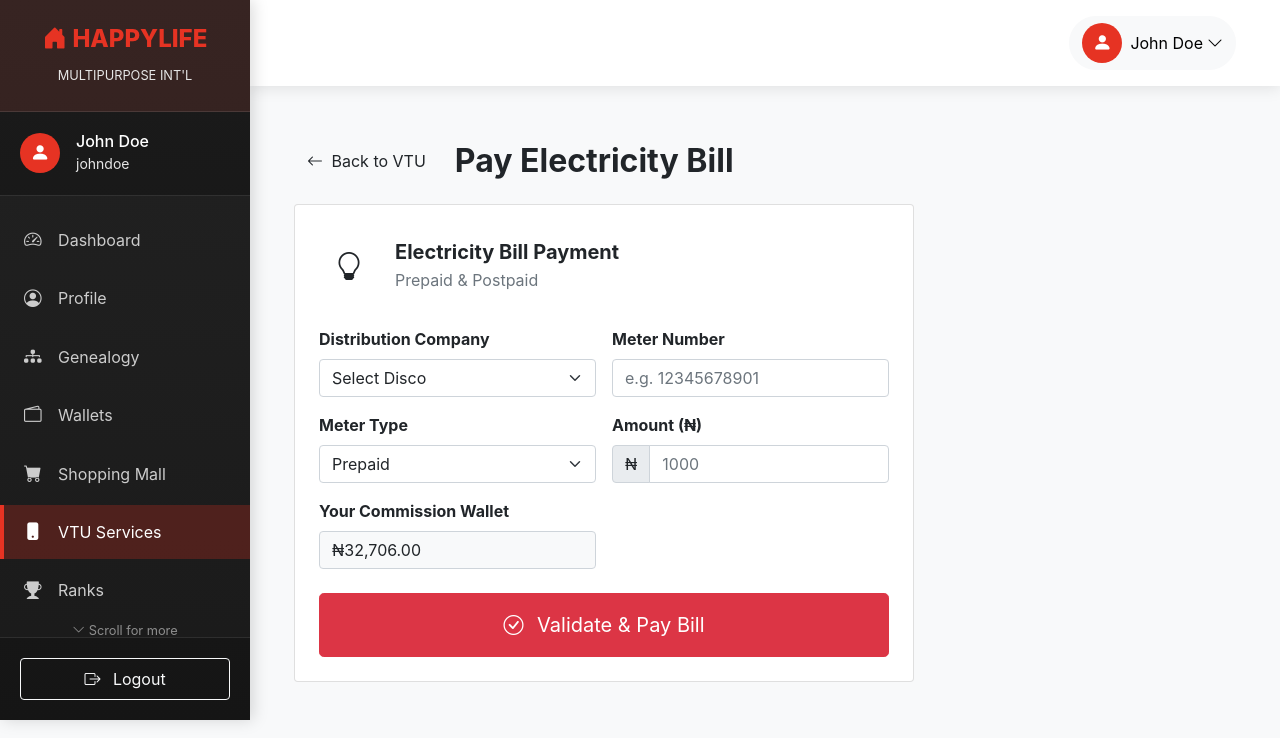
Repository: YackswebCode/happylife
Page: http://localhost/member/vtu/electricity
These files come from the project's save history. The page is drawn as it stood at one moment and after the next save; the edit follows.
The browser window is 1280 px wide. The pictures show the whole page.
The page is served by the project's Laravel application, run on PHP 8.4 with Laravel 12. The first stored user is signed in. The database holds what the project's SQL file puts in it. Queries for data that is not in the repository find no rows.

Above is the page before, as saved 2026-03-04 14:51:52.

After the next save:
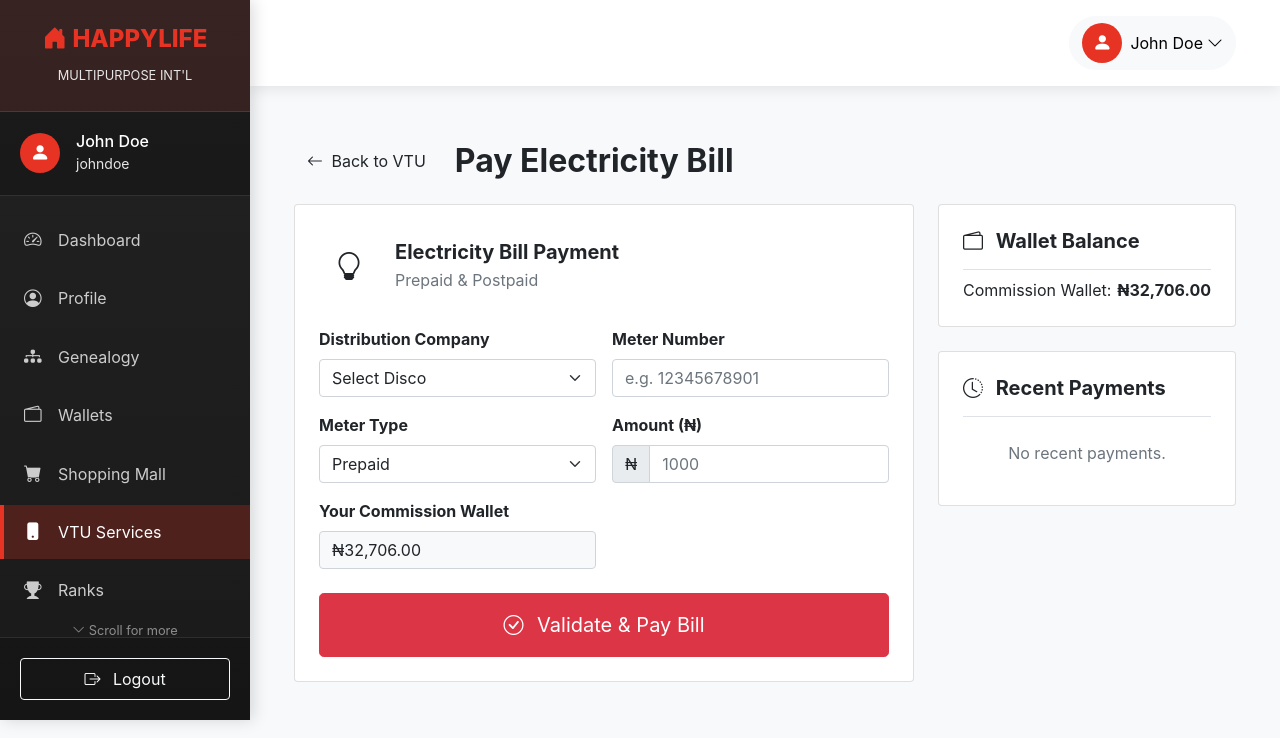
Saved 3 min 31 s later.
--- a/resources/views/member/vtu/electricity.blade.php
+++ b/resources/views/member/vtu/electricity.blade.php
@@ -8,14 +8,14 @@
     @if(session('success'))
         <div class="alert alert-success alert-dismissible fade show" role="alert">
             <i class="bi bi-check-circle-fill me-2"></i> {{ session('success') }}
-            <button type="button" class="btn-close" data-bs-dismiss="alert"></button>
+            <button type="button" class="btn-close" data-bs-dismiss="alert" aria-label="Close"></button>
         </div>
     @endif
 
     @if(session('error'))
         <div class="alert alert-danger alert-dismissible fade show" role="alert">
             <i class="bi bi-exclamation-triangle-fill me-2"></i> {{ session('error') }}
-            <button type="button" class="btn-close" data-bs-dismiss="alert"></button>
+            <button type="button" class="btn-close" data-bs-dismiss="alert" aria-label="Close"></button>
         </div>
     @endif
 
@@ -43,12 +43,10 @@
 
                 <form action="{{ route('member.vtu.electricity.purchase') }}" method="POST" id="electricityForm">
                     @csrf
-                    <input type="hidden" name="customer_name" id="customer_name">
-                    <input type="hidden" name="disco_id" id="disco_id">
+                    <input type="hidden" name="customer_name" id="customer_name" value="">
+                    <input type="hidden" name="disco_id" id="disco_id" value="">
 
                     <div class="row g-3">
-
-                        <!-- Distribution Company -->
                         <div class="col-md-6">
                             <label class="form-label fw-bold">Distribution Company</label>
                             <select name="disco" id="disco" class="form-select @error('disco') is-invalid @enderror" required>
@@ -64,7 +62,6 @@
                             @enderror
                         </div>
 
-                        <!-- Meter Number -->
                         <div class="col-md-6">
                             <label class="form-label fw-bold">Meter Number</label>
                             <input type="text" name="meter_number" id="meter_number"
@@ -76,7 +73,6 @@
                             @enderror
                         </div>
 
-                        <!-- Meter Type -->
                         <div class="col-md-6">
                             <label class="form-label fw-bold">Meter Type</label>
                             <select name="meter_type" id="meter_type"
@@ -84,9 +80,11 @@
                                 <option value="prepaid" {{ old('meter_type') == 'prepaid' ? 'selected' : '' }}>Prepaid</option>
                                 <option value="postpaid" {{ old('meter_type') == 'postpaid' ? 'selected' : '' }}>Postpaid</option>
                             </select>
-                        </div>
-
-                        <!-- Amount -->
+                            @error('meter_type')
+                                <div class="invalid-feedback">{{ $message }}</div>
+                            @enderror
+                        </div>
+
                         <div class="col-md-6">
                             <label class="form-label fw-bold">Amount (₦)</label>
                             <div class="input-group">
@@ -97,33 +95,75 @@
                                        placeholder="1000"
                                        value="{{ old('amount') }}" required>
                             </div>
-                        </div>
-
-                        <!-- Wallet -->
+                            @error('amount')
+                                <div class="invalid-feedback">{{ $message }}</div>
+                            @enderror
+                        </div>
+
                         <div class="col-md-6">
                             <label class="form-label fw-bold">Your Commission Wallet</label>
-                            <div class="form-control bg-light">
+                            <div class="form-control bg-light" readonly>
                                 ₦{{ number_format(auth()->user()->commission_wallet_balance ?? 0, 2) }}
                             </div>
                         </div>
 
-                        <!-- Validate Button -->
                         <div class="col-12 mt-4">
-                            <button type="button" id="validateBtn"
-                                    class="btn btn-danger btn-lg w-100 py-3">
-                                <i class="bi bi-check-circle me-2"></i>
-                                Validate & Pay Bill
+                            <button type="button" id="validateBtn" class="btn btn-danger btn-lg w-100 py-3">
+                                <i class="bi bi-check-circle me-2"></i> Validate & Pay Bill
                             </button>
                         </div>
-
                     </div>
                 </form>
+            </div>
+        </div>
+
+        <!-- RIGHT SIDEBAR (UNCHANGED) -->
+        <div class="col-lg-4">
+            <div class="card product-card p-4 mb-4">
+                <h5 class="fw-bold text-happylife-dark border-bottom pb-3">
+                    <i class="bi bi-wallet2 me-2"></i> Wallet Balance
+                </h5>
+                <div class="d-flex justify-content-between align-items-center">
+                    <span>Commission Wallet:</span>
+                    <span class="fw-bold text-happylife-red">
+                        ₦{{ number_format(auth()->user()->commission_wallet_balance ?? 0, 2) }}
+                    </span>
+                </div>
+            </div>
+
+            <div class="card product-card p-4">
+                <h5 class="fw-bold text-happylife-dark border-bottom pb-3">
+                    <i class="bi bi-clock-history me-2"></i> Recent Payments
+                </h5>
+                @if(isset($recentElectricity) && $recentElectricity->count())
+                    <div class="list-group list-group-flush">
+                        @foreach($recentElectricity as $tx)
+                            <div class="list-group-item px-0">
+                                <div class="d-flex justify-content-between">
+                                    <div>
+                                        <small class="fw-bold">{{ $tx->provider->name ?? 'Electricity' }}</small>
+                                        <br>
+                                        <small class="text-secondary">{{ $tx->meter_number }}</small>
+                                    </div>
+                                    <div class="text-end">
+                                        <span class="fw-bold text-happylife-red">
+                                            ₦{{ number_format($tx->amount, 2) }}
+                                        </span>
+                                        <br>
+                                        <span class="badge bg-success">Success</span>
+                                    </div>
+                                </div>
+                            </div>
+                        @endforeach
+                    </div>
+                @else
+                    <p class="text-secondary text-center py-3 mb-0">No recent payments.</p>
+                @endif
             </div>
         </div>
     </div>
 </div>
 @endsection
-
 
 @push('scripts')
 <script>
